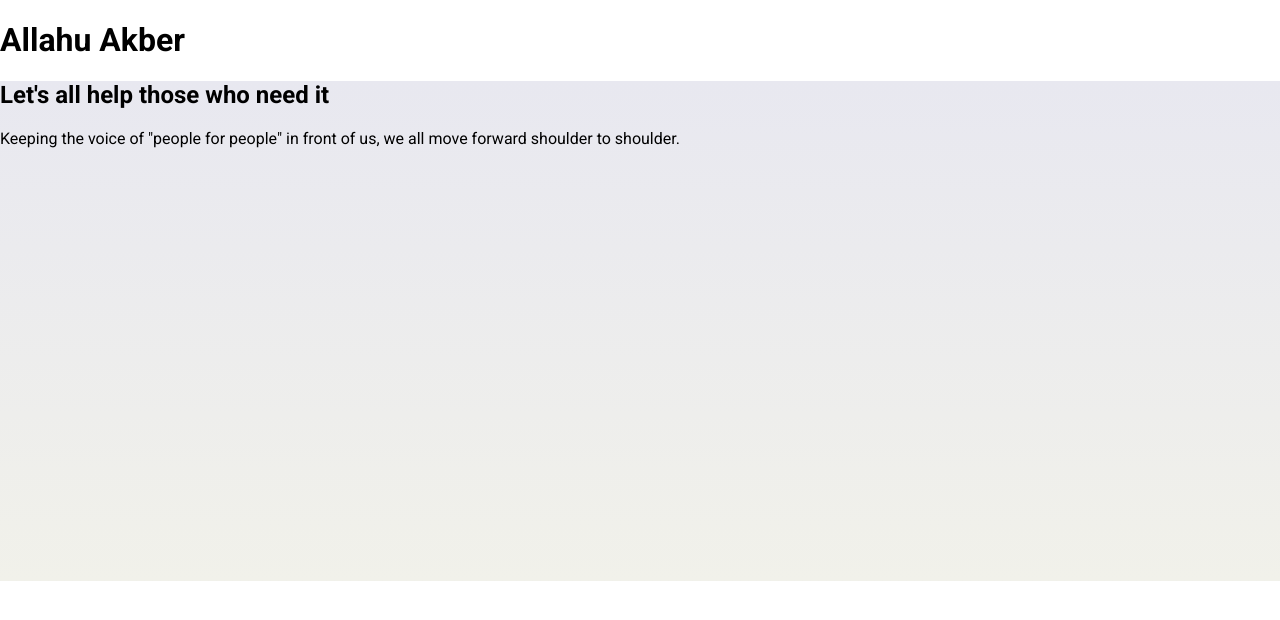
Repository: zjria/suppert-the-helpness
Page: index.html
The author's editor kept a copy of each file at every save. The page is drawn from the files as they stood at one save, then again after the next save.
The browser window is 1280 px wide. The pictures show the whole page.

Above is the page before, as saved 2022-08-24 10:35:38.

After the next save:
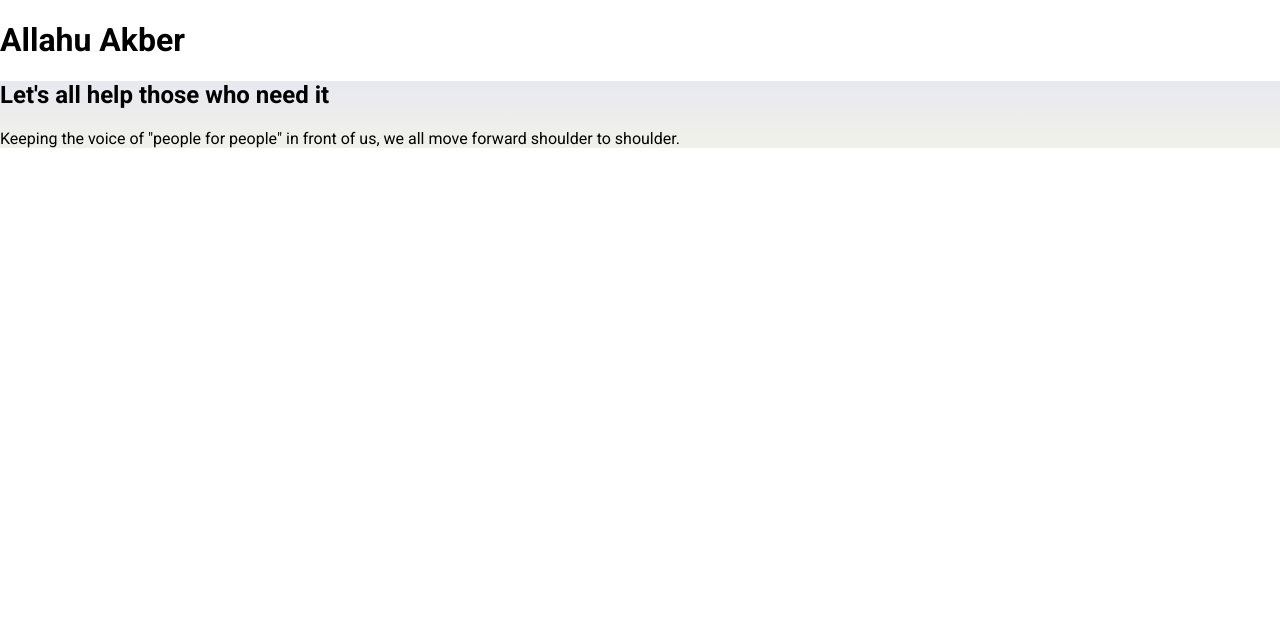
Saved 4 min 11 s later.
--- a/style.css
+++ b/style.css
@@ -5,14 +5,8 @@
 }
 
 .header_section {
-    background-image: url(images/header.jpg);
-    height: 500px;
-    background-position: center;
-    background-repeat: no-repeat;
-    background-size: cover;
     background-image: linear-gradient(rgb(232, 232, 240), rgb(241, 241, 234));
-    /* position: absolute; */
-    z-index: -1;
+
 
 
 }
